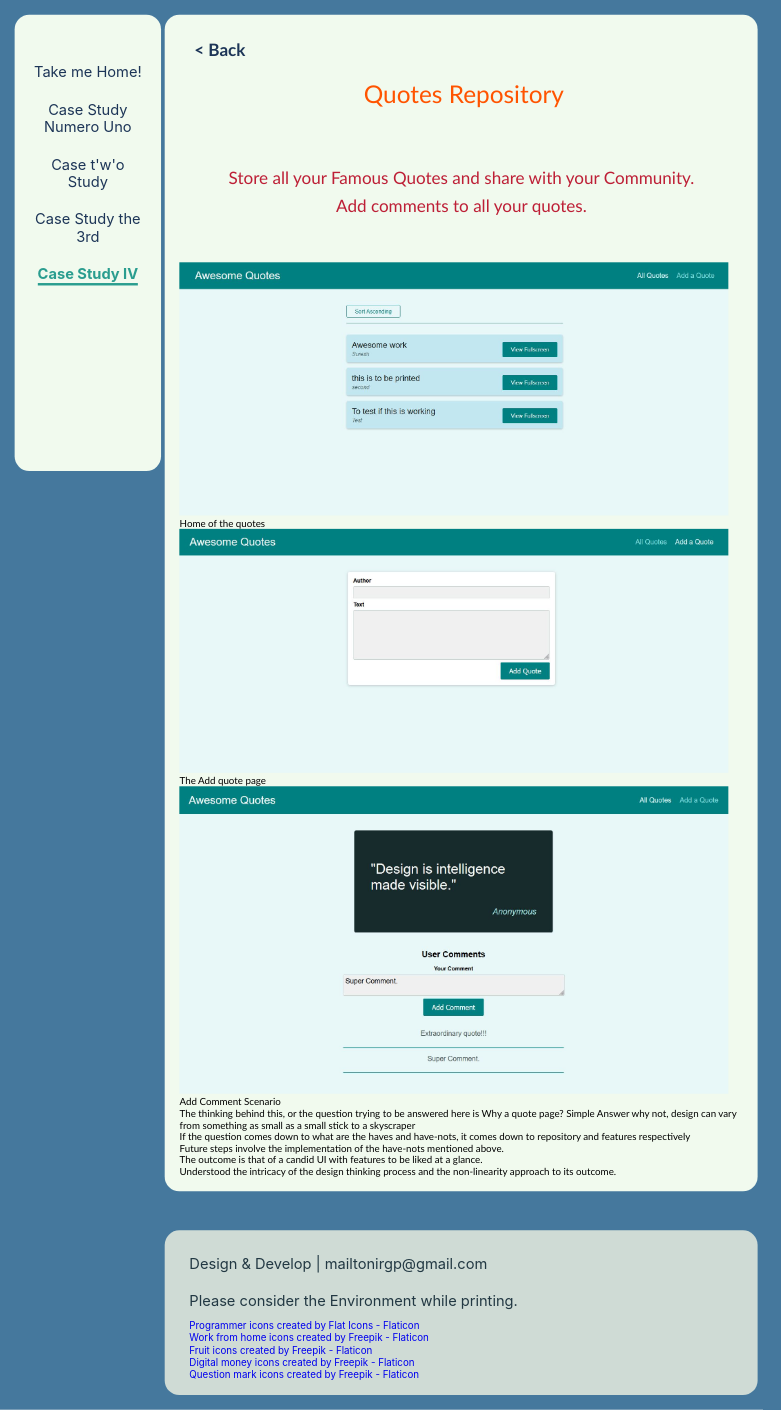
Repository: niranjangp/portfolioReact
Page: /cs-four
The author's editor kept a copy of each file at every save. The page is drawn from the files as they stood at one save, then again after the next save.
The browser window is 1280 px wide. The pictures show the whole page, at 61% of full size.
The project was rebuilt for these pictures with package versions that can differ from the ones it lists, and the page was loaded fresh each time. Also part of the build but not shown: src/pages/enterDesign.jsx, src/pages/csOne.jsx, src/pages/csTwo.jsx, src/pages/csThree.jsx, src/pages/notFound.jsx.

Above is the page before, as saved 2022-02-02 01:29:21.

After the next save:
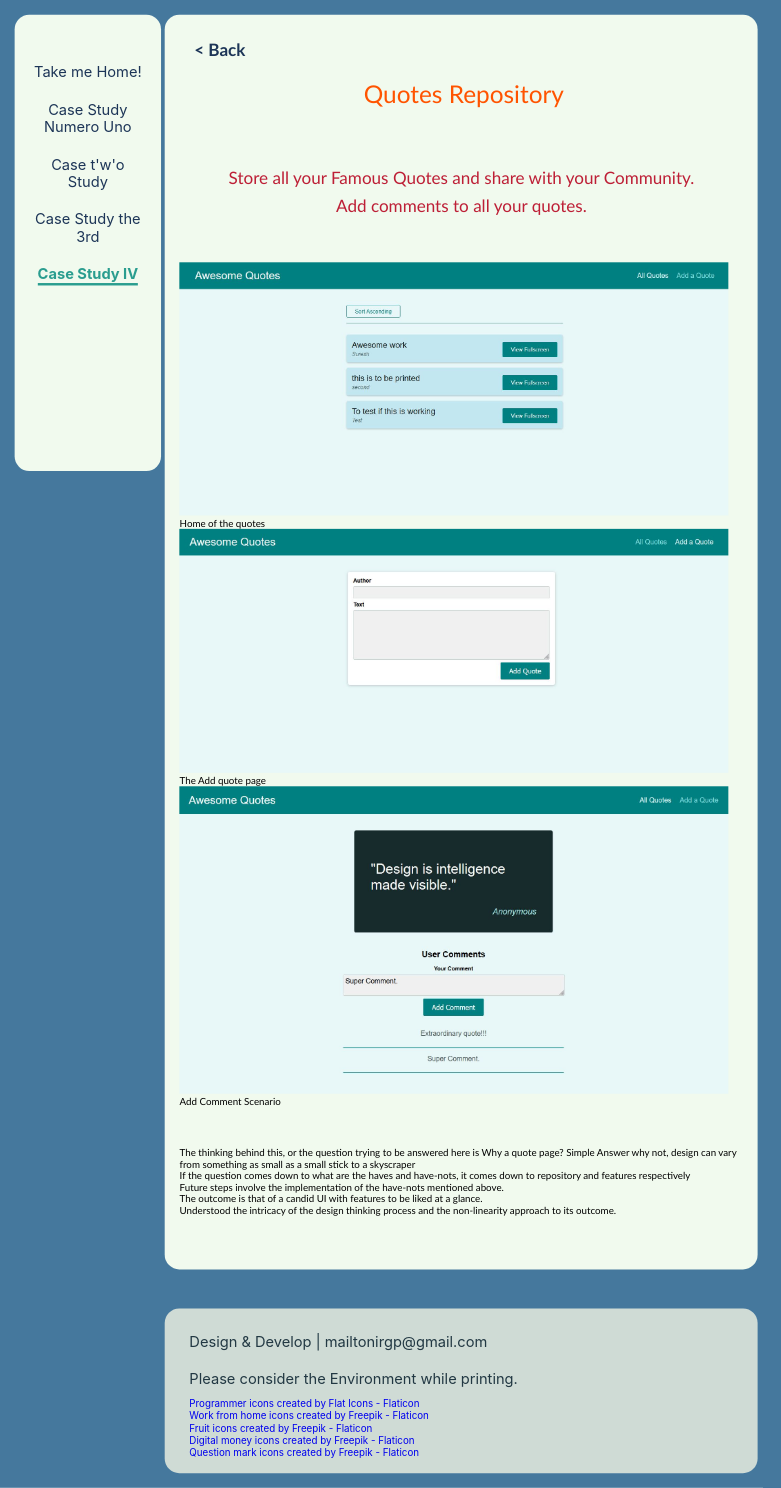
Saved 2 min 10 s later.
--- a/src/pages/csFour.jsx
+++ b/src/pages/csFour.jsx
@@ -15,12 +15,12 @@ const csFour = () => {
                     <p className="cs4-para">Store all your Famous Quotes and share with your Community.</p>
                     <p className="cs4-para">Add comments to all your quotes.</p>
                 </div>
-                <div>
+                <div className="mrg-blk">
                     <div clasName="quo-pack"><img src={QuoHome} alt="quote-home" className="quoIcon" /><div className="">Home of the quotes</div></div>
                     <div clasName="quo-pack"><img src={AddQuo} alt="quote-home" className="quoIcon" /><div>The Add quote page</div></div>
                     <div clasName="quo-pack"><img src={CommonScen} alt="quote-home" className="quoIcon" /><div>Add Comment Scenario</div></div>
                 </div>
-                <div>
+                <div className="mrg-blk">
                     <p>The thinking behind this, or the question trying to be answered here is Why a quote page? Simple Answer why not, design can vary from something as small as a small stick to a skyscraper</p>
                     <p>If the question comes down to what are the haves and have-nots, it comes down to repository and features respectively</p>
                     <p>Future steps involve the implementation of the have-nots mentioned above.</p>
